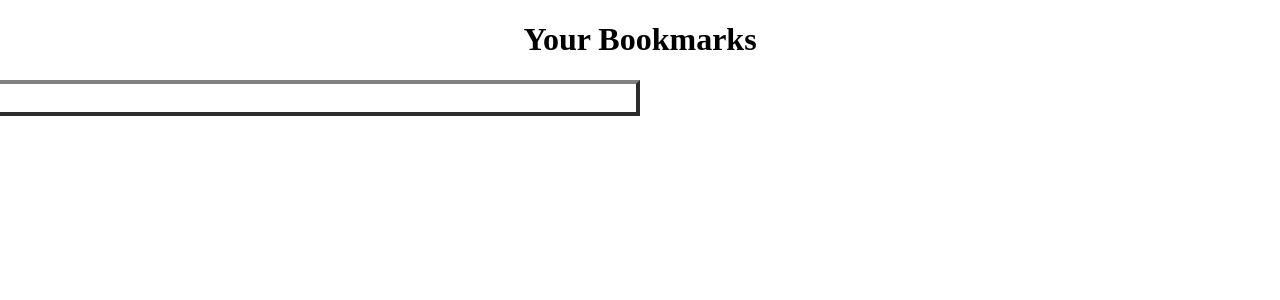
Repository: PA055/Manga-Bookmarks
Page: index.html
An editor plug-in stored every save of this project. The page is shown before and after the next save, followed by the edit.
The browser window is 1280 px wide. The pictures show the whole page.

Above is the page before, as saved 2023-03-11 11:09:28.

After the next save:
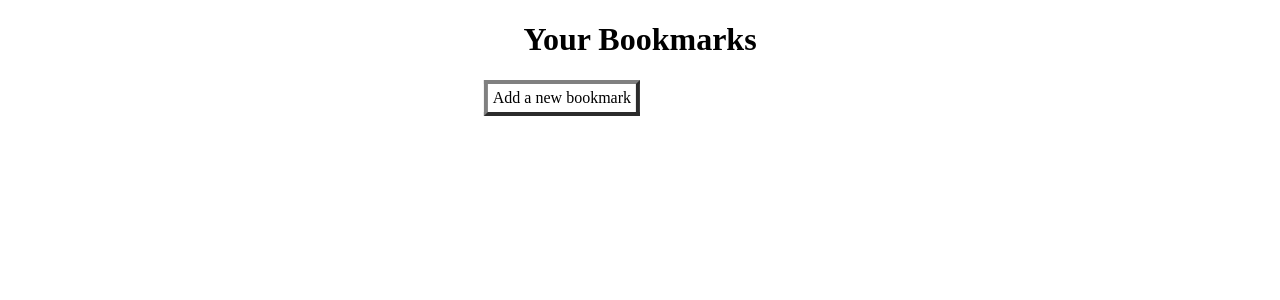
Saved 6 s later.
--- a/main.css
+++ b/main.css
@@ -7,7 +7,7 @@ h1 {
     display: block;
     padding: 5px;
     margin: auto;
-    width: auto;
+    width: fit-content;
     text-decoration: none;
     border: 4px gray outset;
     color: black;
